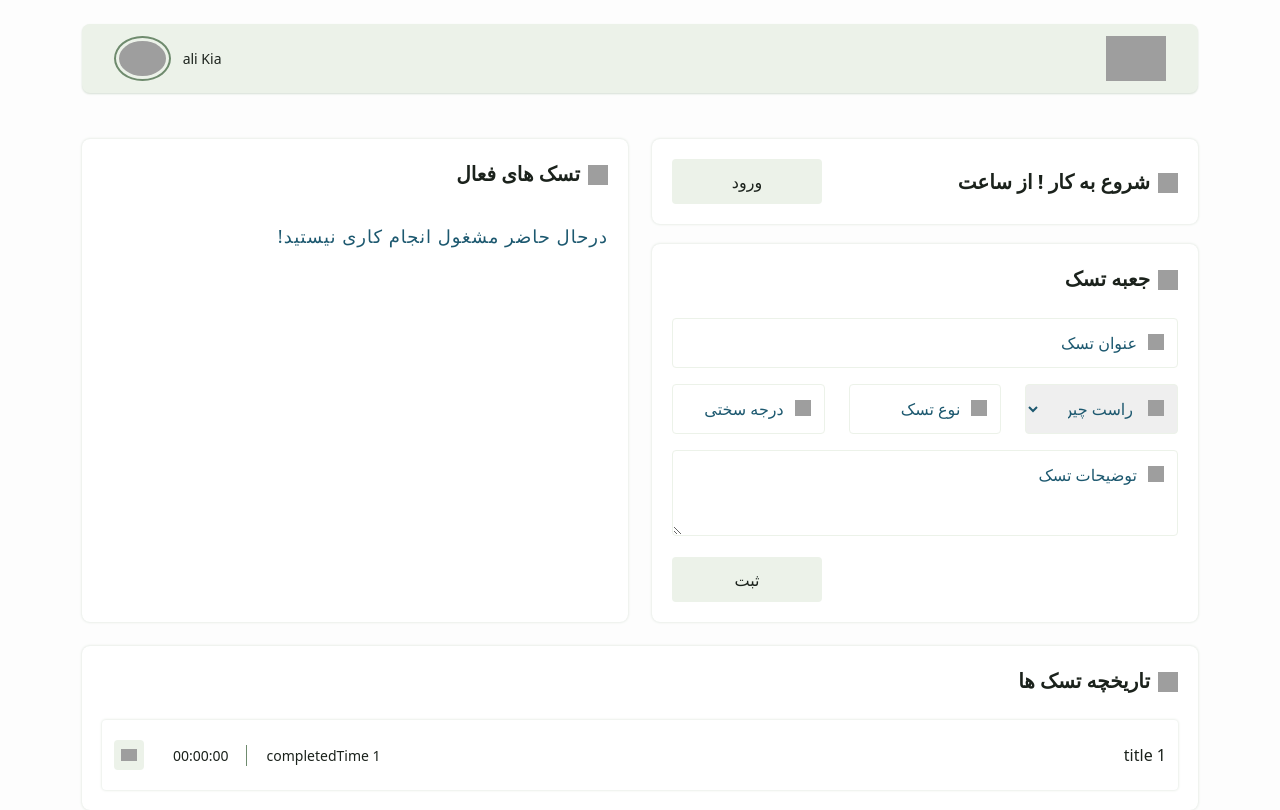
Repository: alirezvanikia/dynamic-form
Page: /
An editor plug-in stored every save of this project. The page is shown before and after a run of saves, followed by the edit.
The browser window is 1280 px wide. The pictures show the whole page.
Pictures or frames that could not be fetched are drawn as grey boxes. The project was rebuilt for these pictures with package versions that can differ from the ones it lists, and the page was loaded fresh each time. Also part of the build but not shown: vite.config.js, src/components/taskModal.vue.

Above is the page before, as saved 2024-11-09 21:55:48.

After the next 2 saves:
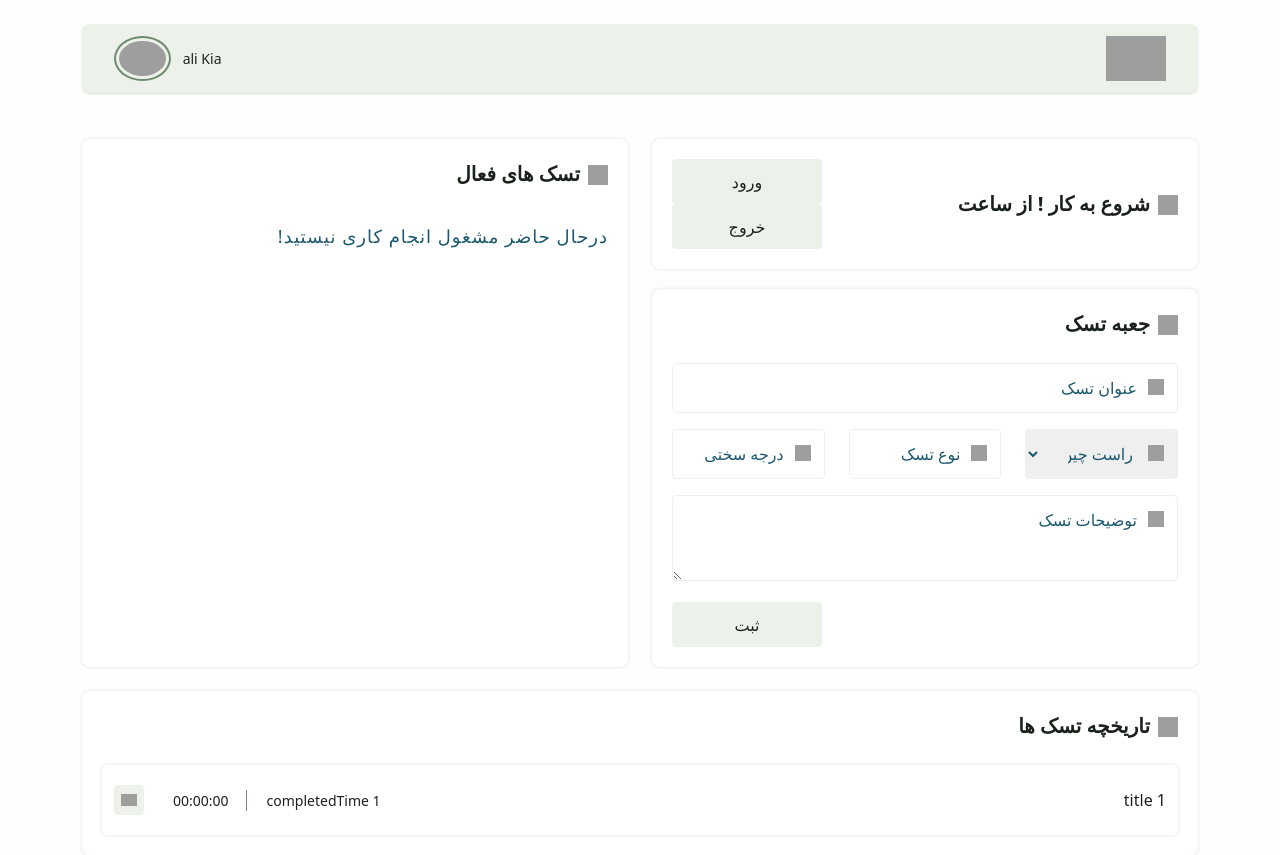
The 2 saves are shown as one change because they came seconds apart.
The last was saved 15 s later.
--- a/src/App.vue
+++ b/src/App.vue
@@ -27,8 +27,8 @@
               </div>
             </div>
             <div class="task-manager-box__attendance-btn">
-              <button @click="attendance" v-if="isAttendance" class="btn btn--green me-auto">ورود</button>
-              <button @click="absence" v-else class="btn btn--green me-auto">خروج</button>
+              <button @click="attendance" class="btn btn--green me-auto">ورود</button>
+              <button @click="absence" class="btn btn--green me-auto">خروج</button>
             </div>
           </div>
           <div class="task-manager-box">

After the save that followed:
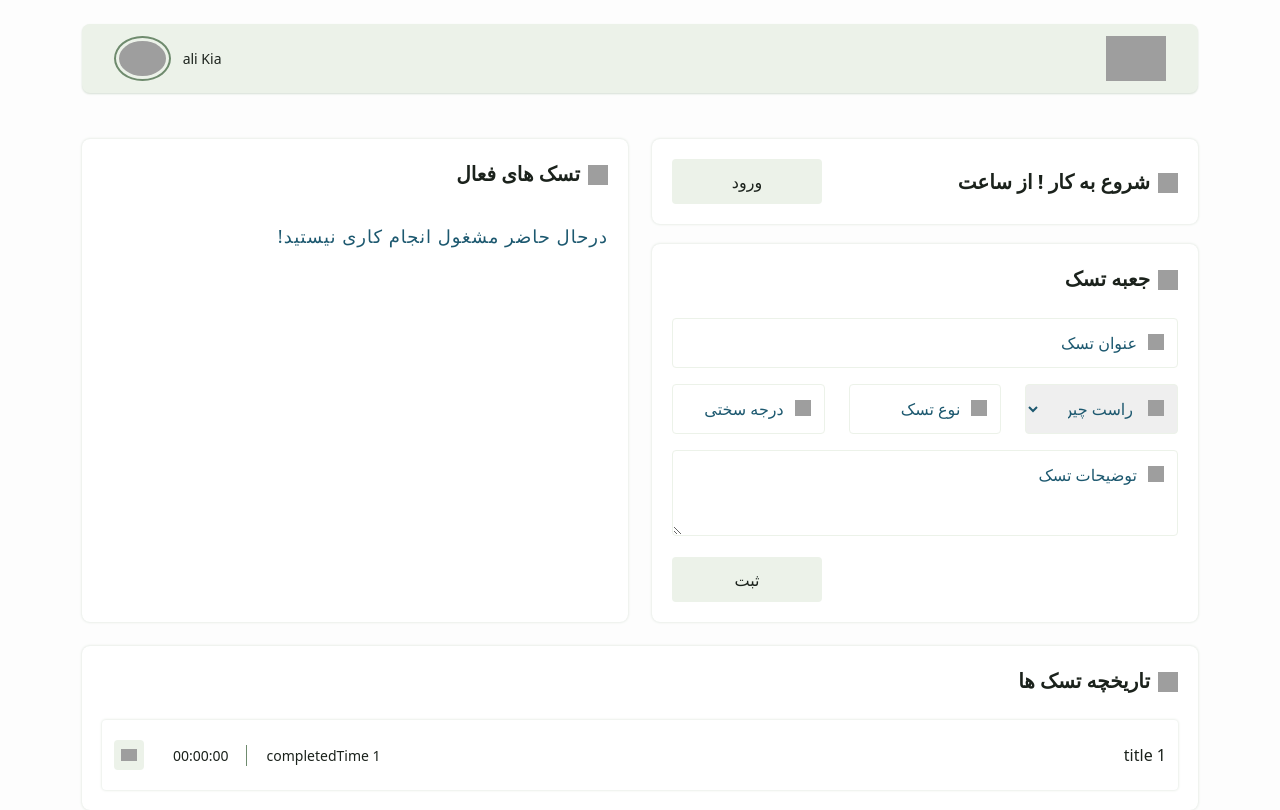
Saved 4 s later.
--- a/src/App.vue
+++ b/src/App.vue
@@ -27,8 +27,8 @@
               </div>
             </div>
             <div class="task-manager-box__attendance-btn">
-              <button @click="attendance" class="btn btn--green me-auto">ورود</button>
-              <button @click="absence" class="btn btn--green me-auto">خروج</button>
+              <button @click="attendance" v-if="isAttendance" class="btn btn--green me-auto">ورود</button>
+              <button @click="absence" v-else class="btn btn--green me-auto">خروج</button>
             </div>
           </div>
           <div class="task-manager-box">
